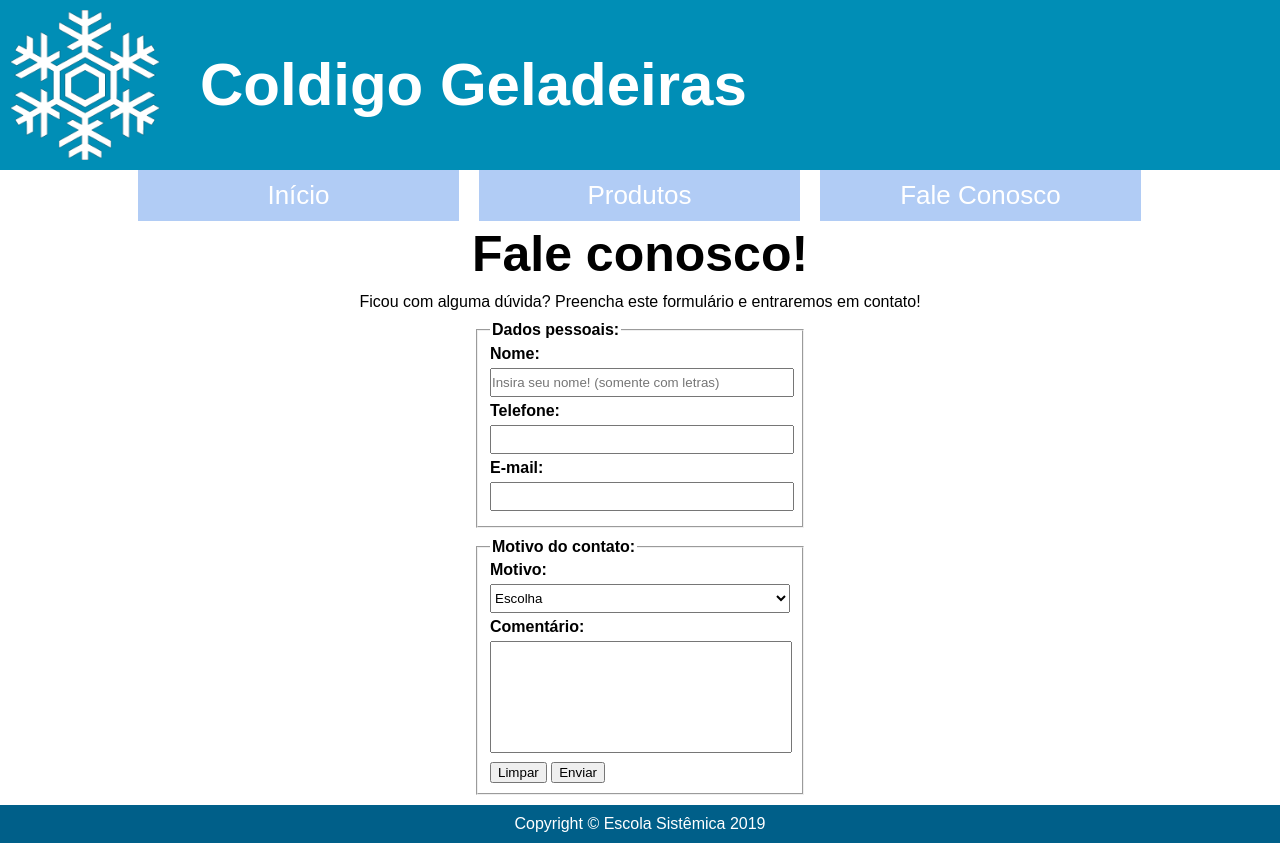
Repository: viniJulio/Coldigo
Page: ProjetoTrilhaWeb/WebContent/pages/site/faleconosco.html
An editor plug-in stored every save of this project. The page is shown before and after the next save, followed by the edit.
The browser window is 1280 px wide. The pictures show the whole page.

Above is the page before, as saved 2023-03-08 00:18:46.

### ProjetoTrilhaWeb/WebContent/pages/site/faleconosco.html
<!DOCTYPE html>
<html lang="pt-br">
<head>
<meta charset="UTF-8">
<meta name="description" content="Site da Coldigo Geladeiras">
<meta name="keywords" content="Geladeiras, Frost-free, Refrigeração">
<meta name="author" content="Escola Sistêmica">
<meta name="viewport" content="widht=device-widht, initial-scale=1.0">

<title>Coldigo Geladeiras</title>
<link rel="stylesheet" type="text/css" href="../../css/site.css">
<script src="https://code.jquery.com/jquery-3.6.3.min.js"></script>
<script src="../../js/site.js"></script>
</head>
<body>
	<header> </header>

	<nav></nav>

	<section>
		<h2>Fale conosco!</h2>
		<p>Ficou com alguma dúvida? Preencha este formulário e entraremos
			em contato!</p>
		<form name="frmfaleconosco" method="get" action="#"
			onsubmit="return validaFaleConosco()">
			<fieldset class="faleConosco">
				<legend>Dados pessoais:</legend>
				<label for="nome">Nome: </label> <input type="text" name="txtnome"
					id="nome" pattern="[A-Za-z0-9]+" placeholder="Insira seu nome! (somente com letras)"> <label for="fone">Telefone: </label> <input
					type="text" name="txtfone" id="fone"> <label for="email">E-mail:
				</label> <input type="email" name="txtemail" id="email">
			</fieldset>
			<fieldset class="faleConosco">
				<legend>Motivo do contato:</legend>
				<label for="motivo">Motivo: </label> <select name="selmotivo"
					id="motivo" onchange="verificaMotivo(this.value)">
					<option value="">Escolha</option>
					<option value="RE">Reclamação</option>
					<option value="SU">Sugestão</option>
					<option value="PR">Informações sobre produto</option>
				</select>
				<div id="opcaoProduto"></div>
				<label for="comentario">Comentário: </label>
				<textarea name="txacomentario" id="comentario"></textarea>
				<button type="reset" onclick="verificaMotivo(null)">Limpar</button>
				<button type="submit"  onclick="validate()">Enviar</button>
			</fieldset>
		</form>
	</section>
	<footer> </footer>
</body>
</html>

### ProjetoTrilhaWeb/WebContent/css/site.css
@charset "UTF-8";

/*Configuração geral do corpo da página*/
body {
	margin: 0 auto;
	padding:0;
	font-family: "Century Gothic", sans-serif;
}

/**********************
configurações gerais
***********************/

/*cabeçalho*/
header {
	height: 170px;
	background-color: #008eb6;
}

header img {
	float: left;
	height: 150px;
	width: 150px;
	margin: 10px;
}

header h1 {
	float: left;
	margin: 50px 0 0 30px;
	font-size: 60px;
	color: #ffffff;
}

/*menu*/
nav {
	clear: both;
	width: 80%;
	margin: 0px auto;
	height: 55px;
}

nav a {
	color: white;
	text-decoration: none;
	text-align: center;
}

nav .opcao {
	float: left;
	width: 31.3%;
	background-color: #b1ccf5;
	padding: 10px 0;
	margin: 0 1%;
	font-size: 26px;
}

nav .opcao:hover {
	background-color: #83afd3;
}

/*Área geral para conteúdos específicos de cada pág*/
section {
	clear: both;
	min-height: 400px;
	width: 100%;
	margin-top: 0px;

}

/*Rodapé*/
footer{
	background-color: #005f89;
	color:#fff;
	text-align: center;
	padding:10px;
}

/***********
Página inicial
************/

section #topo{
	width: 900px;
	margin: 0px auto;
	height: 250px;
}

.geladeira{
	height: 250px;
	width: 125px;
}
.direita{
	float:right;
}
.esquerda{
	float:left;
}

section #titulos{
	float: left;
	height: 250px;
	width: 650px;
	margin: 0px auto;
}

h2{
	text-align: center;
	margin-top: 0px;
	margin-bottom: 10px;
	font-size: 50px;
}

h3{
	text-align: center;
	margin-top: 50px;
	font-size: 20px;
}

section p{
	clear: both;
	text-align: center;
	margin: 10px 80px;

}

/*************
Página Produtos
************/
.tabelaProdutos{
	margin: 10px auto;
	text-align: center;
}

.tituloTabela{
	text-align: center;
	font-size: 30px;
	font-weight: bold;
	color:#fff;
	padding:5px;
	border:transparent;
}
tr,td,th{
	border: 1px solid #B0C4DE;
	padding: 5px;
}

tr,td{
	font-size: 14px;

}

tr:nth-child(even) {
	background-color: #b1ccf5;

}
tr:nth-child(odd) {
	background-color: #83afd3;
}

.tabelaSecundaria{
	margin:10px auto;
	text-align: center;
}

.tituloSecundario{
	text-align: center;
	font-size: 30px;
	font-weight: bold;
	color:#fff;
	padding:5px;
	border:transparent;
}

/************
Página faleConosco
*************/

.faleConosco{
	width: 300px;
	margin:0px auto;
	font-weight: bold;
	margin-bottom: 10px;
}

.faleConosco input, .faleConosco textarea, .faleConosco select{
	margin: 5px auto;
	width: 100%;
	padding: 5px 0;
}

.faleConosco textarea{
	height: 100px;
	resize:none;
width: 100%;
}
.faleConosco buttom{
	width:30%;
	margin: 0 10%;
	background-color: #b1ccf5;
	font-weight: bold;
	font-size: 16px;

}

### ProjetoTrilhaWeb/WebContent/js/site.js
function validaFaleConosco() {
	if (document.frmfaleconosco.txtnome.value == "") {
		alert("Preencha o campo nome");
		document.frmfaleconosco.txtnome.focus();
	} else {
		if (document.frmfaleconosco.txtfone.value == "") {
			alert("Preencha o campo telefone");
			document.frmfaleconosco.txtfone.focus();
		} else {
			if (document.frmfaleconosco.txtemail.value == "") {
				alert("Preencha o campo email");
				document.frmfaleconosco.txtemail.focus();
			} else {
				if (document.frmfaleconosco.txacomentario.value == "") {
					alert("Preencha o campo comentário");
					document.frmfaleconosco.txacomentario.focus();
					return false;
				}

				return true;
			}
		}
	}
}

        function validate() {

            var fone = document.getElementById("fone").value;
            var fone2 = document.getElementById("fone");
            var re = /^[7-9][0-9]{9}$/;
            if (re.test(fone)) {
                alert("done");
                return true;
            }
            else {

                user2.style.border = "red solid 3px";
                return false;
            }
        }

function verificaMotivo(motivo) {

	var elemento = document.getElementById("opcaoProduto");

	//se o valor da variavel motivo for "PR"
	if (motivo == "PR") {
		//Criamos um elemento (tag) <select> e guardamos na varíavel homônima
		var select = document.createElement("select");
		//setamos nesse novo select o atributo 'name' com o valor 'selproduto'
		select.setAttribute("nome", "selproduto");
		//conteúdo atual da variável select:
		//<select name="selproduto"></select>

		//Criamos um elemento(tag)<option> e guardamos na variável homônima
		var option = document.createElement("option");
		//setamos nesse novo option o atributo 'value' com o valor vazio
		option.setAttribute("value", "");
		//Criamos um ní de texto "Escolha" e gravamos na variável 'texto'
		var texto = document.createTextNode("Escolha");
		//colocamos o nó de texto criado como "filho" da tag option criada
		option.appendChild(texto)
		//conteudo atual da variavel option;
		//<option value="">Escolha>/option>

		//colocamos o option criado como "filho" da tag option criada
		select.appendChild(option);
		//conteudo atual da variavel select:
		//<select name="selproduto"><option value="">Escolha</option></select>

		//criamos ul elemento (tag) <option> e guardamos na variável homônima
		var option = document.createElement("option");
		//setamos nesse novo option o atributo "value" com o valor "FR"
		option.setAttribute("value", "FR");
		//criamos um nó de texto "Freezer" e gravamos na variável 'texto'
		var texto = document.createTextNode("Freezer");
		//Colocamos o nó de texto criado como 'filho' da tag option criada
		option.appendChild(texto);
		//conteudo atual da variavel option:
		//<option value="FR">Freezer</option>

		//colocamos o option criado como "filho"da tag select criada
		select.appendChild(option);
		//conteudo atual da variavel select:
		/*
		<select name="selproduto">
		<option value="">Escolha</option><option value="FR">Freezer</option>
		</select>
		*/

		//criamos ul elemento (tag) <option> e guardamos na variável homônima
		var option = document.createElement("option");
		//setamos nesse novo option o atributo "value" com o valor "GE"
		option.setAttribute("value", "GE");
		//criamos um nó de texto "Freezer" e gravamos na variável 'texto'
		var texto = document.createTextNode("Geladeira");
		//Colocamos o nó de texto criado como 'filho' da tag option criada
		option.appendChild(texto);
		//conteudo atual da variavel option:
		//<option value="GE">Freezer</option>

		//colocamos o option criado como "filho"da tag select criada
		select.appendChild(option);
		//conteudo atual da variavel select:
		/*
		<select name="selproduto">
		<option value="">Escolha</option><option value="FR">Freezer</option>
		</select>
		*/

		//colocamos o select criado como "filho" da tag div capturada no inicio da função
		elemento.appendChild(select);
		//se o valor da variavel motivo não foi "PR"...
	} else {
		//se a div possuir algum "primeiro filho"
		if (elemento.firstChild)
			//removemos ele
			elemento.removechild(elemento.firstChild);
	}
}




$(document).ready(function() {

	//carrega cabeçalho, menu e rodapé aos respectivos locais
	$("header").load("/ProjetoTrilhaWeb/pages/site/general/cabecalho.html");
	$("nav").load("/ProjetoTrilhaWeb/pages/site/general/menu.html");
	$("footer").load("/ProjetoTrilhaWeb/pages/site/general/rodape.html");

});

### ProjetoTrilhaWeb/WebContent/pages/site/general/cabecalho.html

<img src="/ProjetoTrilhaWeb/imgs/logo.png" alt="Logo da Coldigo Geladeiras">
<h1>Coldigo Geladeiras</h1>

### ProjetoTrilhaWeb/WebContent/pages/site/general/menu.html

<a href="/ProjetoTrilhaWeb/index.html">
	<div class="opcao">Início</div>
</a>
<a href="/ProjetoTrilhaWeb/pages/site/produtos.html">
	<div class="opcao">Produtos</div>
</a>
<a href="/ProjetoTrilhaWeb/pages/site/faleconosco.html">
	<div class="opcao">Fale Conosco</div>
</a>

### ProjetoTrilhaWeb/WebContent/pages/site/general/rodape.html

Copyright &copy; Escola Sistêmica 2019

After the next save:
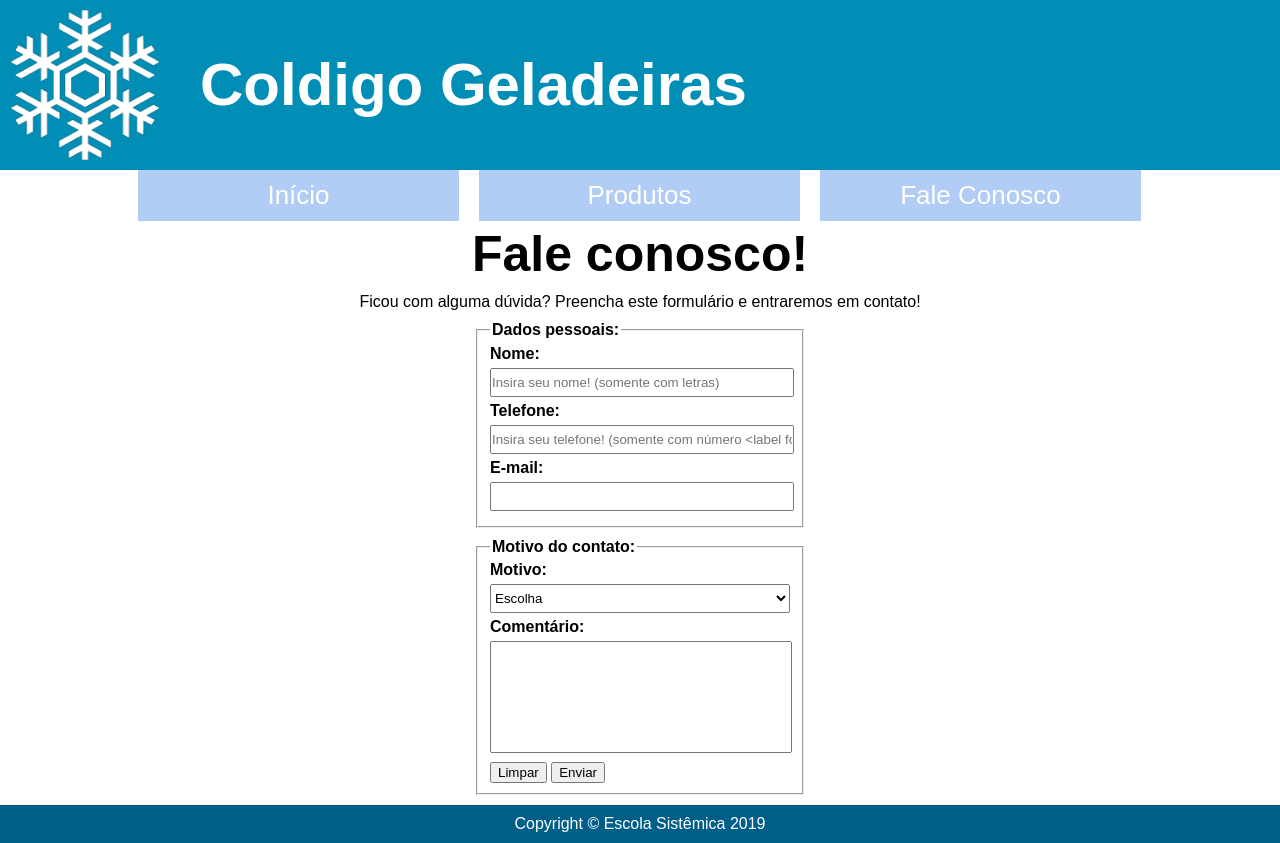
Saved 24 s later.
--- a/ProjetoTrilhaWeb/WebContent/pages/site/faleconosco.html
+++ b/ProjetoTrilhaWeb/WebContent/pages/site/faleconosco.html
@@ -27,7 +27,7 @@
 				<legend>Dados pessoais:</legend>
 				<label for="nome">Nome: </label> <input type="text" name="txtnome"
 					id="nome" pattern="[A-Za-z0-9]+" placeholder="Insira seu nome! (somente com letras)"> <label for="fone">Telefone: </label> <input
-					type="text" name="txtfone" id="fone"> <label for="email">E-mail:
+					type="text" name="txtfone" id="fone" placeholder="Insira seu telefone! (somente com número <label for="email">E-mail:
 				</label> <input type="email" name="txtemail" id="email">
 			</fieldset>
 			<fieldset class="faleConosco">
